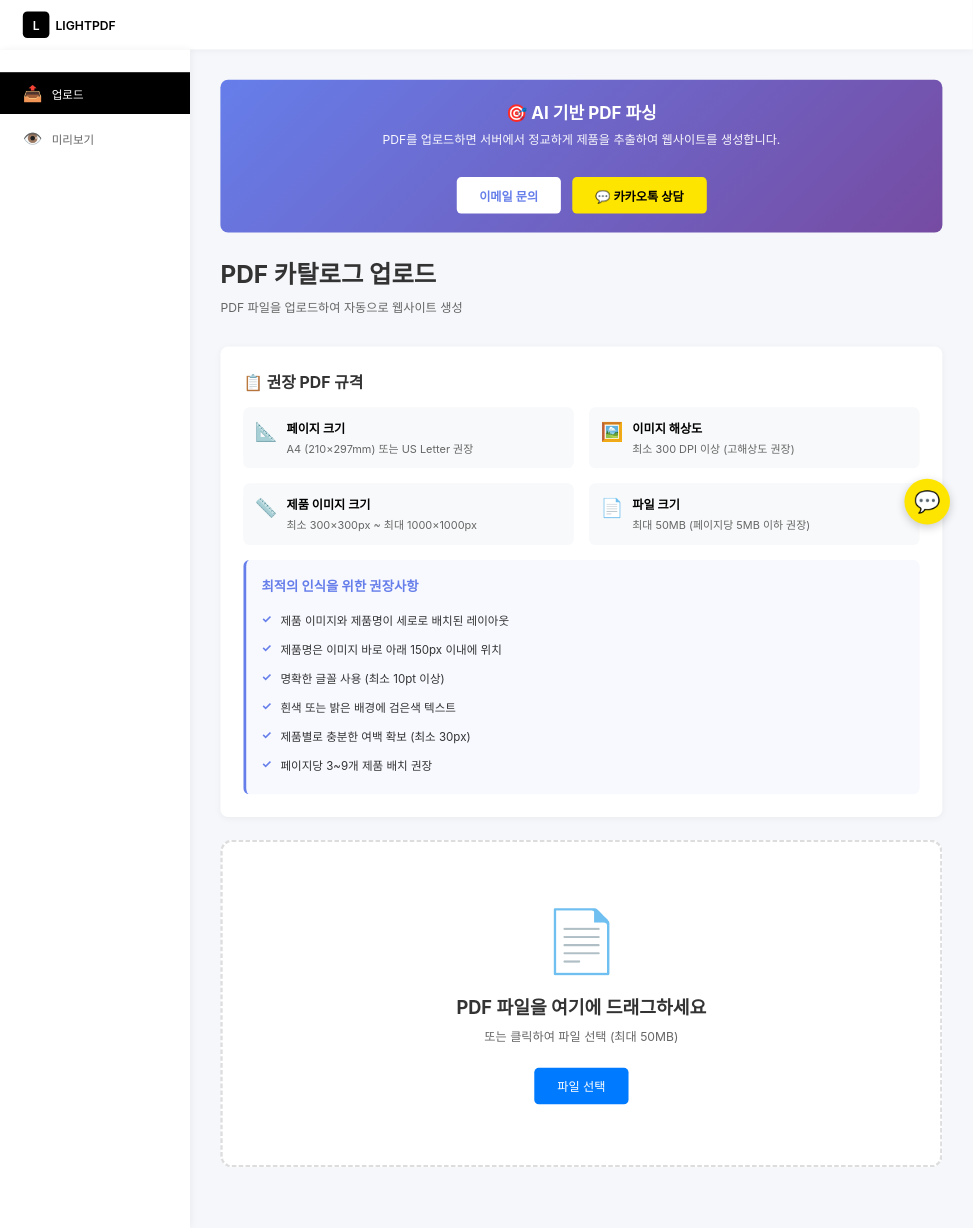
Repository: ororso11/catamaster
Page: frontend/public/dashboard.html
An editor plug-in stored every save of this project. The page is shown before and after the next save, followed by the edit.
The browser window is 1280 px wide. The pictures show the whole page, at 76% of full size.

Above is the page before, as saved 2025-10-05 20:01:50.

### frontend/public/dashboard.html
<!DOCTYPE html>
<html lang="ko">
<head>
    <meta charset="UTF-8">
    <meta name="viewport" content="width=device-width, initial-scale=1.0">
    <title>LIGHTPDF 카탈로그 자동화 대시보드</title>
    <link rel="stylesheet" href="dashboard.css">
    <style>
        .pdf-specs {
            background: white;
            border-radius: 10px;
            padding: 30px;
            margin-bottom: 30px;
            box-shadow: 0 2px 10px rgba(0,0,0,0.05);
        }
        .pdf-specs h3 {
            font-size: 1.3rem;
            margin-bottom: 20px;
            color: #333;
        }
        .specs-grid {
            display: grid;
            grid-template-columns: repeat(2, 1fr);
            gap: 20px;
            margin-bottom: 20px;
        }
        .spec-item {
            display: flex;
            align-items: flex-start;
            gap: 12px;
            padding: 15px;
            background: #f8f9fa;
            border-radius: 8px;
        }
        .spec-icon {
            font-size: 1.5rem;
            margin-top: 2px;
        }
        .spec-content h4 {
            font-size: 1rem;
            margin-bottom: 5px;
            color: #000;
        }
        .spec-content p {
            font-size: 0.9rem;
            color: #666;
            line-height: 1.5;
        }
        .requirements-box {
            background: #f8f9ff;
            border-left: 4px solid #667eea;
            padding: 20px;
            border-radius: 8px;
        }
        .requirements-box h4 {
            font-size: 1.1rem;
            margin-bottom: 15px;
            color: #667eea;
        }
        .requirements-box ul {
            list-style: none;
            padding: 0;
        }
        .requirements-box li {
            padding: 8px 0;
            padding-left: 25px;
            position: relative;
            color: #333;
            font-size: 0.95rem;
        }
        .requirements-box li:before {
            content: "✓";
            position: absolute;
            left: 0;
            color: #667eea;
            font-weight: bold;
        }
        @media (max-width: 768px) {
            .specs-grid {
                grid-template-columns: 1fr;
            }
        }
    </style>
</head>
<body>
    <header>
        <div class="header-container">
            <div class="logo">
                <div class="logo-icon">L</div>
                <span>LIGHTPDF</span>
            </div>
        </div>
    </header>

    <div class="dashboard-container">
        <aside class="sidebar">
            <div class="sidebar-menu">
                <div class="menu-item active" data-tab="upload">
                    <span class="icon">📤</span>
                    <span>업로드</span>
                </div>
                <div class="menu-item" data-tab="preview">
                    <span class="icon">👁️</span>
                    <span>미리보기</span>
                </div>
            </div>
        </aside>

        <main class="main-content">
            <div class="tab-content active" id="upload">
                <div class="demo-notice">
                    <h3>🎯 AI 기반 PDF 파싱</h3>
                    <p>PDF를 업로드하면 서버에서 정교하게 제품을 추출하여 웹사이트를 생성합니다.</p>
                    <div style="display: flex; gap: 15px; justify-content: center; margin-top: 20px;">
                        <a href="mailto:contact@lightpdf.io" class="cta-button">이메일 문의</a>
                        <a href="#" id="kakaoConsultBtn" class="cta-button" style="background: #FEE500; color: #000;">
                            💬 카카오톡 상담
                        </a>
                    </div>
                </div>

                <div class="content-header">
                    <h2>PDF 카탈로그 업로드</h2>
                    <p>PDF 파일을 업로드하여 자동으로 웹사이트 생성</p>
                </div>

                <!-- PDF 규격 안내 -->
                <div class="pdf-specs">
                    <h3>📋 권장 PDF 규격</h3>
                    <div class="specs-grid">
                        <div class="spec-item">
                            <div class="spec-icon">📐</div>
                            <div class="spec-content">
                                <h4>페이지 크기</h4>
                                <p>A4 (210×297mm) 또는 US Letter 권장</p>
                            </div>
                        </div>
                        <div class="spec-item">
                            <div class="spec-icon">🖼️</div>
                            <div class="spec-content">
                                <h4>이미지 해상도</h4>
                                <p>최소 300 DPI 이상 (고해상도 권장)</p>
                            </div>
                        </div>
                        <div class="spec-item">
                            <div class="spec-icon">📏</div>
                            <div class="spec-content">
                                <h4>제품 이미지 크기</h4>
                                <p>최소 300×300px ~ 최대 1000×1000px</p>
                            </div>
                        </div>
                        <div class="spec-item">
                            <div class="spec-icon">📄</div>
                            <div class="spec-content">
                                <h4>파일 크기</h4>
                                <p>최대 50MB (페이지당 5MB 이하 권장)</p>
                            </div>
                        </div>
                    </div>

                    <div class="requirements-box">
                        <h4>최적의 인식을 위한 권장사항</h4>
                        <ul>
                            <li>제품 이미지와 제품명이 세로로 배치된 레이아웃</li>
                            <li>제품명은 이미지 바로 아래 150px 이내에 위치</li>
                            <li>명확한 글꼴 사용 (최소 10pt 이상)</li>
                            <li>흰색 또는 밝은 배경에 검은색 텍스트</li>
                            <li>제품별로 충분한 여백 확보 (최소 30px)</li>
                            <li>페이지당 3~9개 제품 배치 권장</li>
                        </ul>
                    </div>
                </div>

                <div class="upload-zone" id="uploadZone">
                    <div class="upload-icon">📄</div>
                    <h3>PDF 파일을 여기에 드래그하세요</h3>
                    <p>또는 클릭하여 파일 선택 (최대 50MB)</p>
                    <input type="file" id="fileInput" accept=".pdf" hidden>
                    <button class="upload-btn">파일 선택</button>
                </div>
            </div>

            <div class="tab-content" id="preview">
                <div class="content-header">
                    <h2>생성된 웹사이트 미리보기</h2>
                    <p>자동 생성된 index.html과 admin.html을 확인하세요</p>
                </div>

                <div id="previewContainer">
                    <div class="empty-state">
                        <div class="empty-icon">🖥️</div>
                        <p>PDF를 업로드하면 생성된 웹사이트가 여기에 표시됩니다</p>
                    </div>
                </div>
            </div>
        </main>
    </div>

    <div id="processingStatus" style="display: none;">처리 중...</div>

    <!-- 카카오톡 플로팅 버튼 -->
    <div id="kakaoFloatingBtn" style="position: fixed; bottom: 30px; right: 30px; z-index: 9999; cursor: pointer; transition: all 0.3s;">
        <div style="width: 60px; height: 60px; border-radius: 50%; background: #FEE500; display: flex; align-items: center; justify-content: center; box-shadow: 0 4px 12px rgba(0,0,0,0.2); font-size: 28px;">
            💬
        </div>
    </div>

    <script>
        // 카카오톡 플로팅 버튼 호버 효과
        const floatingBtn = document.getElementById('kakaoFloatingBtn');
        floatingBtn.addEventListener('mouseenter', () => {
            floatingBtn.style.transform = 'scale(1.1)';
        });
        floatingBtn.addEventListener('mouseleave', () => {
            floatingBtn.style.transform = 'scale(1)';
        });

        // 카카오톡 플로팅 버튼 클릭
        floatingBtn.addEventListener('click', function() {
            const channelUrl = 'https://pf.kakao.com/_xfxfxf/chat'; // 실제 채널 ID로 교체
            window.open(channelUrl, '_blank', 'width=400,height=600');
        });

        // 상단 배너 버튼 클릭
        document.getElementById('kakaoConsultBtn').addEventListener('click', function(e) {
            e.preventDefault();
            const channelUrl = 'https://pf.kakao.com/_xfxfxf/chat'; // 실제 채널 ID로 교체
            window.open(channelUrl, '_blank', 'width=400,height=600');
        });
    </script>
    <script src="dashboard.js"></script>
</body>
</html>

### frontend/public/dashboard.css
* {
    margin: 0;
    padding: 0;
    box-sizing: border-box;
}

body {
    font-family: -apple-system, BlinkMacSystemFont, 'Segoe UI', 'Malgun Gothic', sans-serif;
    background: #f5f7fa;
    color: #333;
}

header {
    background: white;
    padding: 15px 0;
    box-shadow: 0 2px 10px rgba(0,0,0,0.05);
}

.header-container {
    max-width: 1600px;
    margin: 0 auto;
    padding: 0 30px;
    display: flex;
    justify-content: space-between;
    align-items: center;
}

.logo {
    display: flex;
    align-items: center;
    gap: 8px;
    font-size: 1rem;
    font-weight: 600;
    color: #000;
}

.logo-icon {
    width: 35px;
    height: 35px;
    background: #000;
    border-radius: 6px;
    display: flex;
    align-items: center;
    justify-content: center;
    color: white;
}

.dashboard-container {
    display: flex;
    max-width: 1600px;
    margin: 0 auto;
    min-height: calc(100vh - 70px);
}

.sidebar {
    width: 250px;
    background: white;
    padding: 30px 0;
    box-shadow: 2px 0 10px rgba(0,0,0,0.05);
}

.sidebar-menu {
    display: flex;
    flex-direction: column;
    gap: 5px;
}

.menu-item {
    display: flex;
    align-items: center;
    gap: 12px;
    padding: 15px 30px;
    cursor: pointer;
    transition: all 0.3s;
    color: #666;
    font-size: 0.95rem;
}

.menu-item:hover {
    background: #f5f7fa;
    color: #000;
}

.menu-item.active {
    background: #000;
    color: white;
    font-weight: 500;
}

.menu-item .icon {
    font-size: 1.3rem;
}

.main-content {
    flex: 1;
    padding: 40px;
}

.content-header {
    margin-bottom: 40px;
}

.content-header h2 {
    font-size: 2rem;
    margin-bottom: 10px;
}

.content-header p {
    color: #666;
    font-size: 1rem;
}

.tab-content {
    display: none;
}

.tab-content.active {
    display: block;
}

.demo-notice {
    background: linear-gradient(135deg, #667eea 0%, #764ba2 100%);
    color: white;
    padding: 25px;
    border-radius: 10px;
    margin-bottom: 30px;
    text-align: center;
}

.demo-notice h3 {
    margin-bottom: 10px;
    font-size: 1.4rem;
}

.demo-notice p {
    opacity: 0.95;
    line-height: 1.6;
}

.cta-button {
    display: inline-block;
    margin-top: 15px;
    padding: 12px 30px;
    background: white;
    color: #667eea;
    border: none;
    border-radius: 6px;
    font-size: 1rem;
    font-weight: 600;
    cursor: pointer;
    text-decoration: none;
    transition: transform 0.3s;
}

.cta-button:hover {
    transform: translateY(-2px);
}

.upload-zone {
    background: white;
    border: 3px dashed #ddd;
    border-radius: 15px;
    padding: 80px 40px;
    text-align: center;
    transition: all 0.3s;
    cursor: pointer;
    margin-bottom: 40px;
}

.upload-zone:hover,
.upload-zone.dragover {
    border-color: #007bff;
    background: #f8f9ff;
}

.upload-icon {
    font-size: 5rem;
    margin-bottom: 20px;
}

.upload-zone h3 {
    font-size: 1.5rem;
    margin-bottom: 10px;
}

.upload-zone p {
    color: #666;
    margin-bottom: 30px;
}

.upload-btn {
    padding: 12px 30px;
    background: #007bff;
    color: white;
    border: none;
    border-radius: 6px;
    font-size: 1rem;
    cursor: pointer;
    transition: background 0.3s;
}

.upload-btn:hover {
    background: #0056b3;
}

.empty-state {
    text-align: center;
    padding: 80px 20px;
    background: white;
    border-radius: 10px;
}

.empty-icon {
    font-size: 5rem;
    opacity: 0.3;
    margin-bottom: 20px;
}

.empty-state p {
    color: #666;
    font-size: 1.1rem;
}

.preview-tabs {
    display: flex;
    gap: 10px;
    margin-bottom: 20px;
    border-bottom: 2px solid #ddd;
}

.preview-tab-btn {
    padding: 12px 30px;
    background: #e0e0e0;
    color: #333;
    border: none;
    cursor: pointer;
    font-weight: 600;
    border-radius: 5px 5px 0 0;
    transition: all 0.3s;
}

.preview-tab-btn.active {
    background: #667eea;
    color: white;
}

.preview-frame-container {
    border: 2px solid #ddd;
    border-radius: 10px;
    overflow: hidden;
    background: white;
}

.preview-frame {
    width: 100%;
    height: 700px;
    border: none;
}

.download-buttons {
    display: flex;
    gap: 15px;
    margin-bottom: 30px;
}

.download-btn {
    padding: 12px 25px;
    border: none;
    border-radius: 5px;
    cursor: pointer;
    font-size: 14px;
    font-weight: 600;
    color: white;
    transition: transform 0.3s;
}

.download-btn:hover {
    transform: translateY(-2px);
}

.download-btn.index {
    background: #667eea;
}

.download-btn.admin {
    background: #4CAF50;
}

#processingStatus {
    position: fixed;
    top: 50%;
    left: 50%;
    transform: translate(-50%, -50%);
    background: rgba(0,0,0,0.9);
    color: white;
    padding: 30px 50px;
    border-radius: 10px;
    font-size: 18px;
    z-index: 10000;
}

@media (max-width: 768px) {
    .dashboard-container {
        flex-direction: column;
    }

    .sidebar {
        width: 100%;
        padding: 20px 0;
    }

    .sidebar-menu {
        flex-direction: row;
        overflow-x: auto;
    }

    .menu-item {
        flex-direction: column;
        padding: 15px;
        min-width: 100px;
        text-align: center;
    }

    .main-content {
        padding: 20px;
    }

    .preview-frame {
        height: 500px;
    }

    .download-buttons {
        flex-direction: column;
    }
}

### frontend/public/dashboard.js
// API 엔드포인트 (Railway 배포 후 변경)
const API_URL = 'http://localhost:5000'; // 로컬 개발
// const API_URL = 'https://your-railway-app.railway.app'; // 배포 후 변경

const MAX_FILE_SIZE_MB = 50;
let generatedFiles = null;

// 탭 전환
document.querySelectorAll('.menu-item').forEach(item => {
    item.addEventListener('click', function() {
        const tab = this.getAttribute('data-tab');
        document.querySelectorAll('.menu-item').forEach(m => m.classList.remove('active'));
        document.querySelectorAll('.tab-content').forEach(c => c.classList.remove('active'));
        this.classList.add('active');
        document.getElementById(tab).classList.add('active');
    });
});

// 파일 업로드
const uploadZone = document.getElementById('uploadZone');
const fileInput = document.getElementById('fileInput');

uploadZone.addEventListener('click', (e) => {
    if (!e.target.closest('button')) fileInput.click();
});

document.querySelector('.upload-btn').addEventListener('click', (e) => {
    e.stopPropagation();
    fileInput.click();
});

uploadZone.addEventListener('dragover', (e) => {
    e.preventDefault();
    uploadZone.classList.add('dragover');
});

uploadZone.addEventListener('dragleave', () => {
    uploadZone.classList.remove('dragover');
});

uploadZone.addEventListener('drop', (e) => {
    e.preventDefault();
    uploadZone.classList.remove('dragover');
    handleFiles(e.dataTransfer.files);
});

fileInput.addEventListener('change', (e) => {
    handleFiles(e.target.files);
});

async function handleFiles(files) {
    const file = files[0];
    if (!file) return;

    if (file.type !== 'application/pdf') {
        alert('PDF 파일만 업로드 가능합니다.');
        return;
    }

    const fileSizeMB = (file.size / 1024 / 1024).toFixed(2);
    if (parseFloat(fileSizeMB) > MAX_FILE_SIZE_MB) {
        alert(`파일 크기가 너무 큽니다.\n파일 크기: ${fileSizeMB}MB\n최대 허용: ${MAX_FILE_SIZE_MB}MB`);
        return;
    }

    await uploadPDF(file);
}

async function uploadPDF(file) {
    const fileSizeMB = (file.size / 1024 / 1024).toFixed(2);
    showProcessingStatus('PDF를 서버로 업로드 중...');

    try {
        const formData = new FormData();
        formData.append('pdf', file);

        const response = await fetch(`${API_URL}/api/parse-pdf`, {
            method: 'POST',
            body: formData
        });

        if (!response.ok) {
            const error = await response.json();
            throw new Error(error.error || 'PDF 처리 실패');
        }

        showProcessingStatus('웹사이트 생성 중...');

        const result = await response.json();

        generatedFiles = {
            'index.html': result.index_html,
            'admin.html': result.admin_html
        };

        hideProcessingStatus();
        document.querySelector('[data-tab="preview"]').click();
        displayPreview(result);

        alert(`완료!\n\n파일명: ${file.name}\n크기: ${fileSizeMB} MB\n제품 수: ${result.products_count}개\n\nindex.html과 admin.html이 생성되었습니다.`);

    } catch (error) {
        hideProcessingStatus();
        alert('PDF 처리 중 오류가 발생했습니다.\n\n' + error.message);
        console.error(error);
    }
}

function displayPreview(result) {
    const container = document.getElementById('previewContainer');

    if (!generatedFiles) {
        container.innerHTML = `
            <div class="empty-state">
                <div class="empty-icon">🖥️</div>
                <p>PDF를 업로드하면 생성된 웹사이트가 여기에 표시됩니다</p>
            </div>
        `;
        return;
    }

    const indexUrl = `data:text/html;charset=utf-8,${encodeURIComponent(generatedFiles['index.html'])}`;
    const adminUrl = `data:text/html;charset=utf-8,${encodeURIComponent(generatedFiles['admin.html'])}`;

    container.innerHTML = `
        <div class="demo-notice">
            <h3>✨ 웹사이트가 성공적으로 생성되었습니다!</h3>
            <p>서버에서 PDF를 정교하게 파싱하여 ${result.products_count}개 제품을 추출했습니다.</p>
            <p style="margin-top: 10px; font-size: 14px; opacity: 0.9;">
                추출된 이미지: ${result.images_count}개 | 파싱 시간: ${result.processing_time}초
            </p>
            <a href="mailto:contact@lightpdf.io" class="cta-button">정식 버전 문의하기 →</a>
        </div>

        <div class="download-buttons">
            <button class="download-btn index" onclick="downloadFile('index.html')">
                📥 index.html 다운로드
            </button>
            <button class="download-btn admin" onclick="downloadFile('admin.html')">
                📥 admin.html 다운로드
            </button>
        </div>

        <div class="preview-tabs">
            <button class="preview-tab-btn active" onclick="switchPreview('index')">
                index.html 미리보기
            </button>
            <button class="preview-tab-btn" onclick="switchPreview('admin')">
                admin.html 미리보기
            </button>
        </div>

        <div class="preview-frame-container">
            <iframe id="indexFrame" src="${indexUrl}" class="preview-frame"></iframe>
            <iframe id="adminFrame" src="${adminUrl}" class="preview-frame" style="display: none;"></iframe>
        </div>
    `;
}

window.switchPreview = function(type) {
    const indexFrame = document.getElementById('indexFrame');
    const adminFrame = document.getElementById('adminFrame');
    const buttons = document.querySelectorAll('.preview-tab-btn');

    if (type === 'index') {
        indexFrame.style.display = 'block';
        adminFrame.style.display = 'none';
        buttons[0].classList.add('active');
        buttons[1].classList.remove('active');
    } else {
        indexFrame.style.display = 'none';
        adminFrame.style.display = 'block';
        buttons[0].classList.remove('active');
        buttons[1].classList.add('active');
    }
};

window.downloadFile = function(filename) {
    if (!generatedFiles || !generatedFiles[filename]) return;

    const content = generatedFiles[filename];
    const blob = new Blob([content], { type: 'text/html' });
    const url = URL.createObjectURL(blob);
    const a = document.createElement('a');
    a.href = url;
    a.download = filename;
    a.click();
    URL.revokeObjectURL(url);
};

function showProcessingStatus(message) {
    const statusDiv = document.getElementById('processingStatus');
    statusDiv.textContent = message;
    statusDiv.style.display = 'block';
}

function hideProcessingStatus() {
    const statusDiv = document.getElementById('processingStatus');
    statusDiv.style.display = 'none';
}

After the next save:
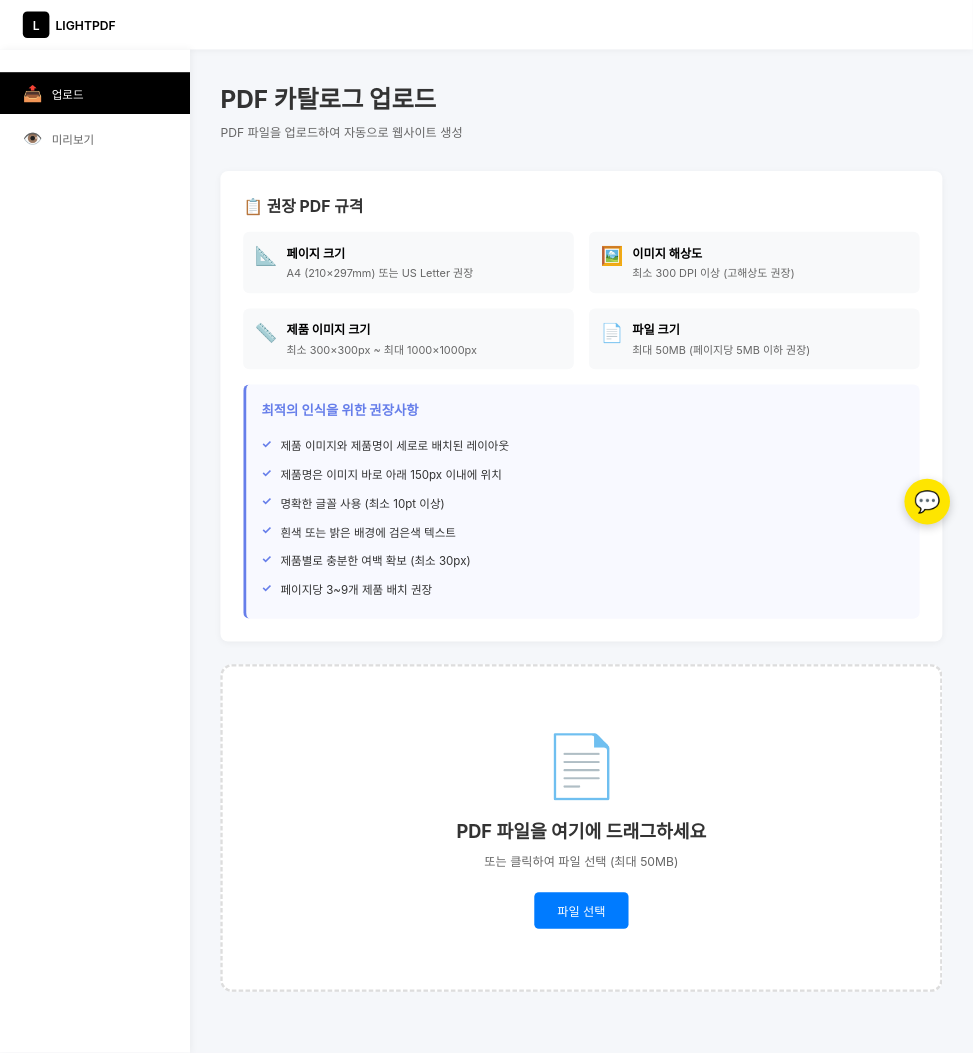
Console error: TypeError: Cannot read properties of null (reading 'addEventListener')
Saved 29 s later.
--- a/frontend/public/dashboard.html
+++ b/frontend/public/dashboard.html
@@ -108,7 +108,7 @@
 
         <main class="main-content">
             <div class="tab-content active" id="upload">
-                <div class="demo-notice">
+                <!-- <div class="demo-notice">
                     <h3>🎯 AI 기반 PDF 파싱</h3>
                     <p>PDF를 업로드하면 서버에서 정교하게 제품을 추출하여 웹사이트를 생성합니다.</p>
                     <div style="display: flex; gap: 15px; justify-content: center; margin-top: 20px;">
@@ -117,7 +117,7 @@
                             💬 카카오톡 상담
                         </a>
                     </div>
-                </div>
+                </div> -->
 
                 <div class="content-header">
                     <h2>PDF 카탈로그 업로드</h2>
